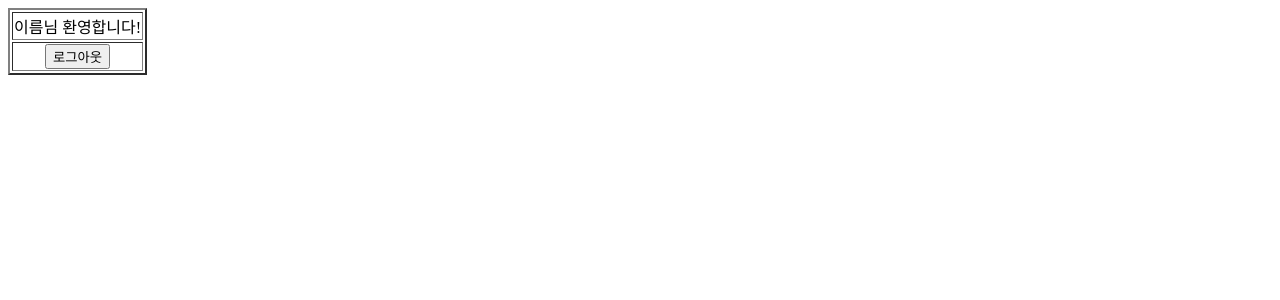
Repository: Jipumpkin/WebServer
Page: http://localhost/JSP2/main.jsp
An editor plug-in stored every save of this project. The page is shown before and after the next save, followed by the edit.
The browser window is 1280 px wide. The pictures show the whole page.
The page is served by Tomcat 9.

Above is the page before, as saved 2024-08-07 03:15:05.

After the next save:
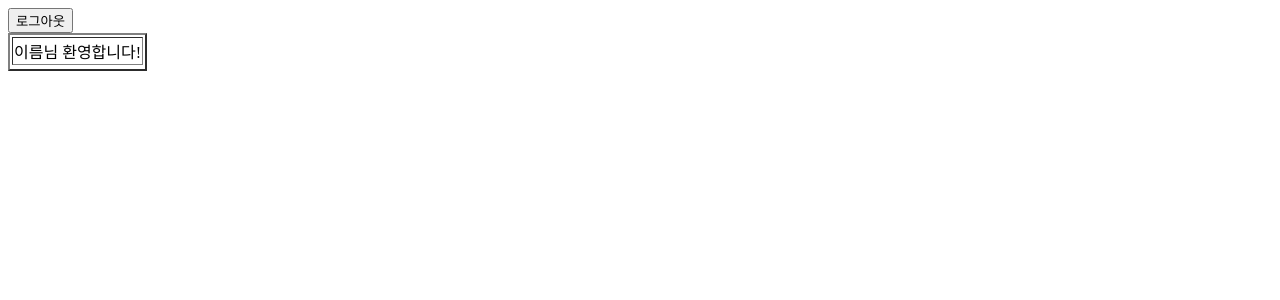
Saved 74 s later.
--- a/JSP2/src/main/webapp/main.jsp
+++ b/JSP2/src/main/webapp/main.jsp
@@ -20,7 +20,9 @@
 			<td><%="이름" %>님 환영합니다!</td>
 		</tr>
 		<tr>
-			<td class = "LG"><button>로그아웃</button> </td>
+                <form action="logout" method="post">
+                    <input type="submit" value="로그아웃" />
+                </form>
 		</tr>
 
 	</table>

After the save that followed:
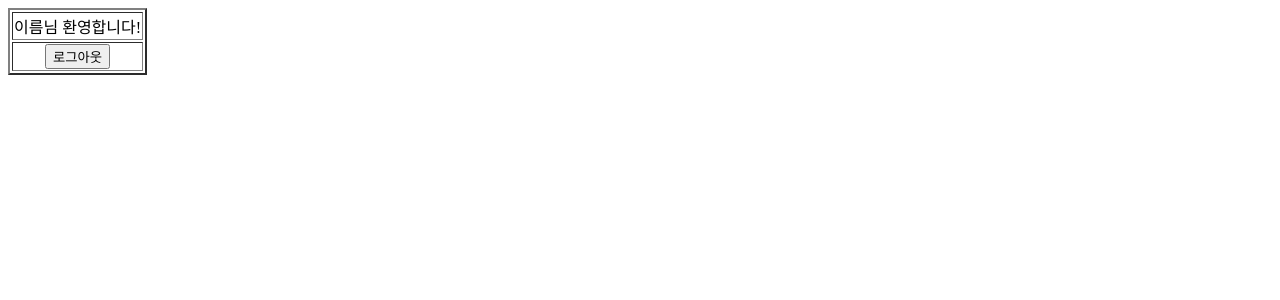
Saved 23 s later.
--- a/JSP2/src/main/webapp/main.jsp
+++ b/JSP2/src/main/webapp/main.jsp
@@ -20,9 +20,13 @@
 			<td><%="이름" %>님 환영합니다!</td>
 		</tr>
 		<tr>
+			<td class = "LG">
+
                 <form action="logout" method="post">
                     <input type="submit" value="로그아웃" />
                 </form>
+
+			</td>
 		</tr>
 
 	</table>
